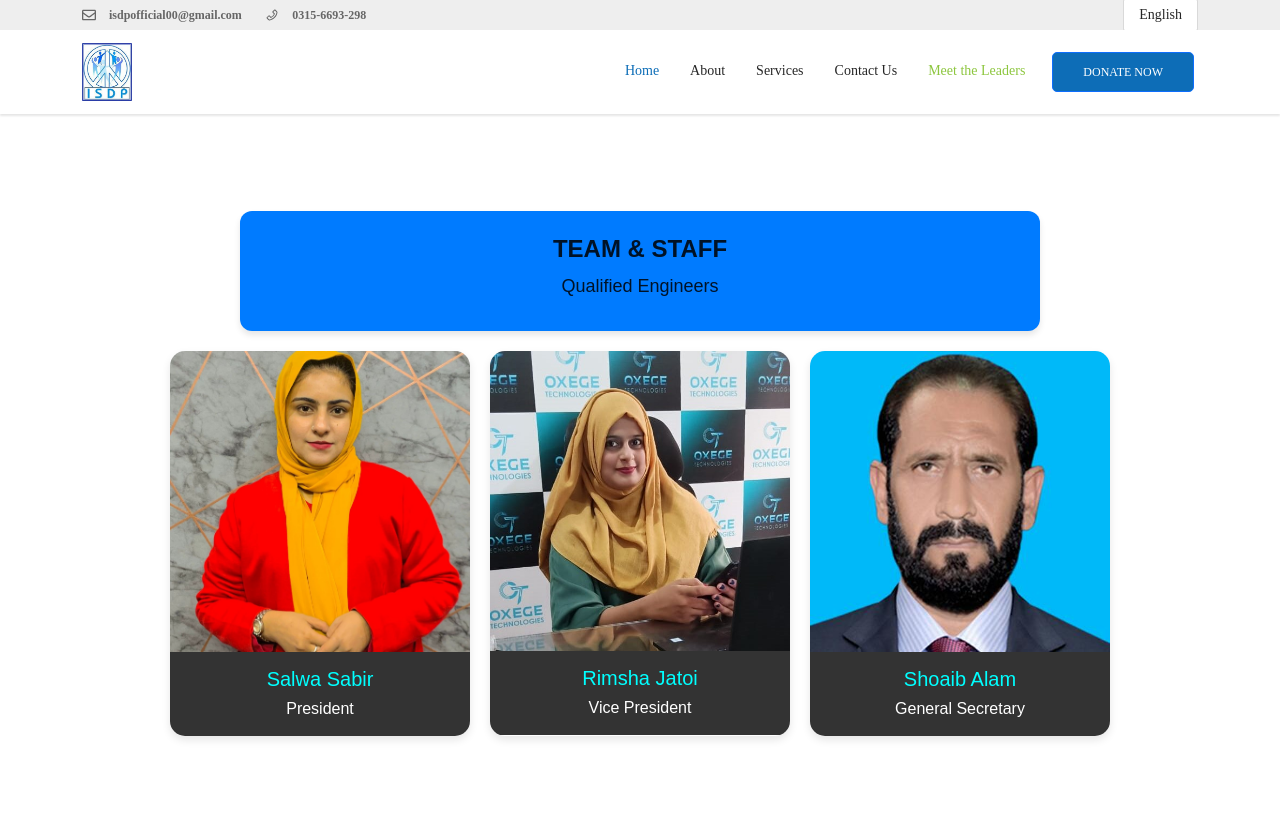
Repository: mfaizanakram8/isdp
Page: team.html
The author's editor kept a copy of each file at every save. The page is drawn from the files as they stood at one save, then again after a run of saves.
The browser window is 1280 px wide. The pictures show the part of the page from y = 0 to 834 px (the page is 1410 px tall).
Pictures or frames that could not be fetched are drawn as grey boxes. Some web fonts or font styles are not loaded; a fallback is used.

Above is the page before, as saved 2025-02-23 00:30:04.

After the next 2 saves:
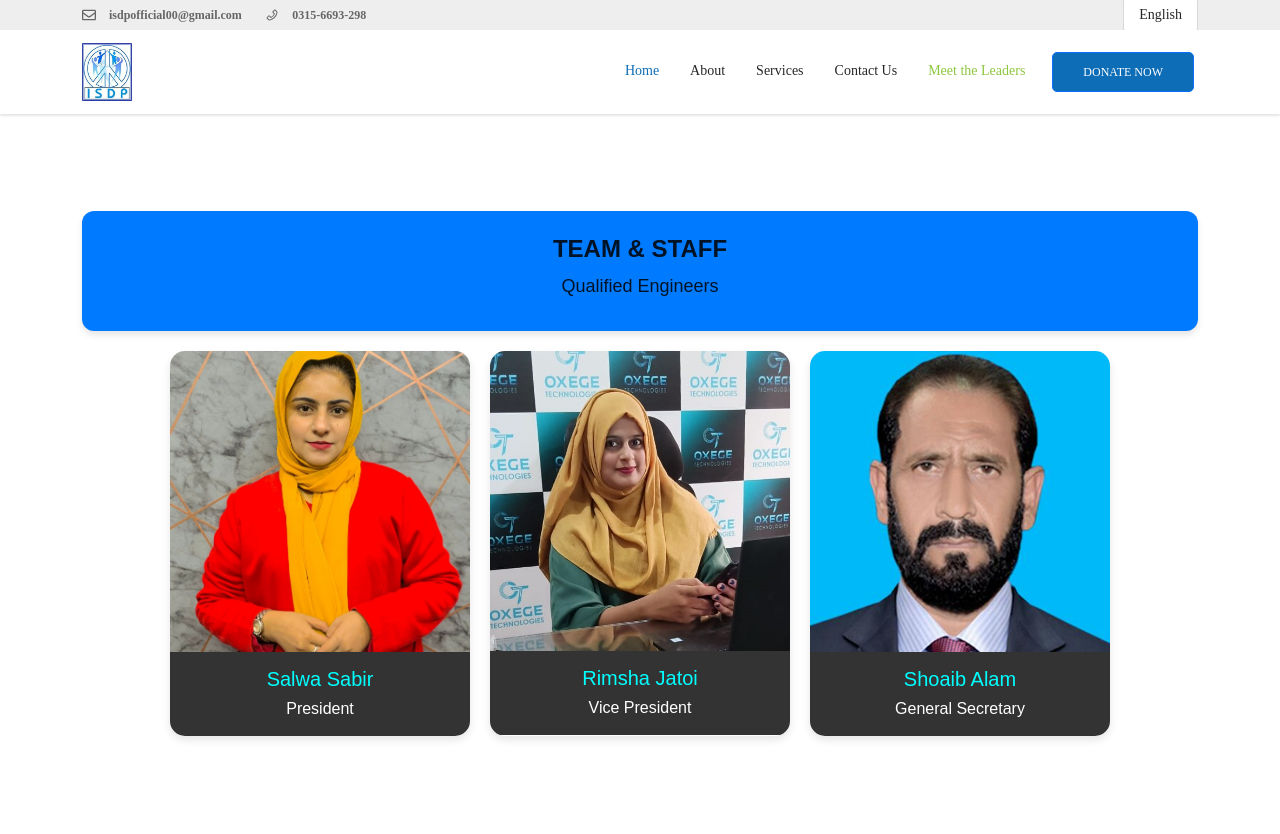
The 2 saves are shown as one change because they came seconds apart.
The last was saved 9 s later.
--- a/team.html
+++ b/team.html
@@ -489,11 +489,10 @@
 
     <div class="container">
 
-      <div style="background-color: #007bff; color: white; border-radius: 12px; padding: 24px; box-shadow: 0px 4px 6px rgba(0, 0, 0, 0.1); text-align: center; width: 100%; max-width: 800px; margin: 0 auto;">
-        <h1 style="font-size: 1.5rem; font-weight: bold;">TEAM & STAFF</h1>
-        <h2 style="font-size: 1.125rem;">Qualified Engineers</h2>
+      <div style="background-color: #007bff; color: white; border-radius: 12px; padding: 24px; box-shadow: 0px 4px 6px rgba(0, 0, 0, 0.1); text-align: center;">
+        <h1 style="font-size: 24px; font-weight: bold;">TEAM & STAFF</h1>
+        <h2 style="font-size: 18px;">Qualified Engineers</h2>
     </div>
-
         <div class="team-members">
             <div class="member">
                 <img src="t3.jpeg" alt="Lionel Wurtch Bach">
